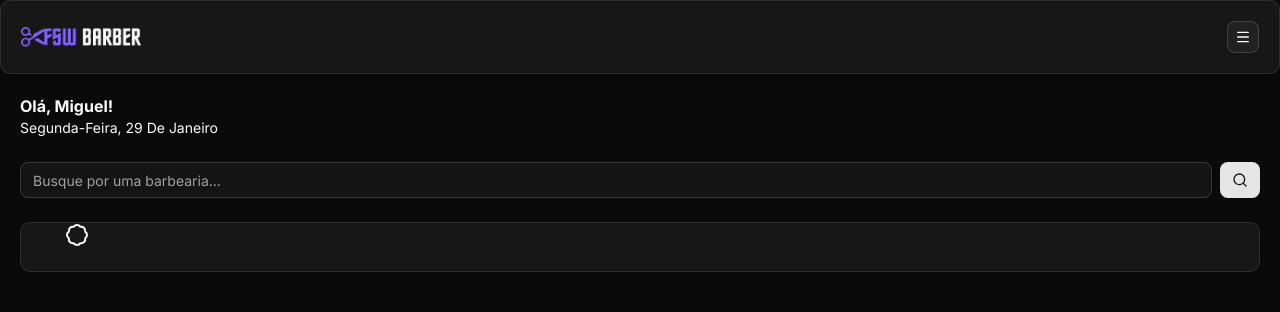
Repository: PaulinhoMachadooo/Barber
Page: /
An editor plug-in stored every save of this project. The page is shown before and after the next save, followed by the edit.
The browser window is 1280 px wide. The pictures show the whole page.
The project was rebuilt for these pictures with package versions that can differ from the ones it lists, and the page was loaded fresh each time. The framework's server and built-in components were replaced by stand-ins that run in the browser. Also part of the build but not shown: next.config.ts.

Above is the page before, as saved 2025-04-13 17:53:49.

After the next save:
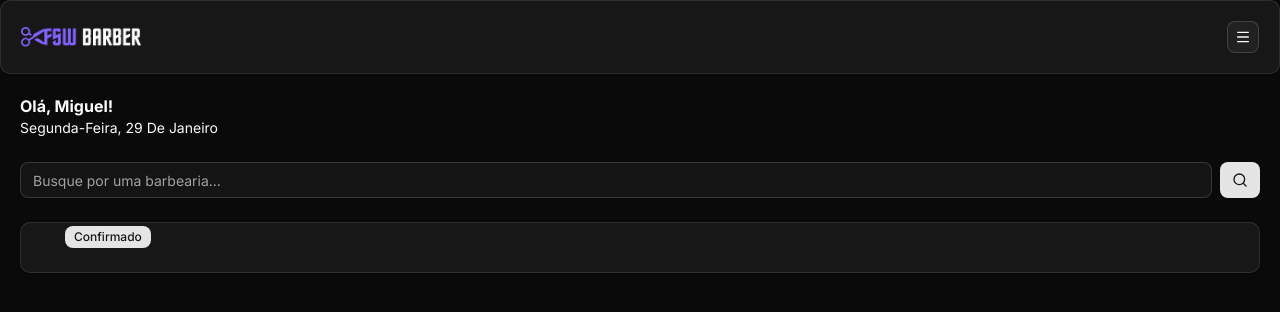
Saved 2 min 32 s later.
--- a/app/_components/booking-item.tsx
+++ b/app/_components/booking-item.tsx
@@ -1,4 +1,4 @@
-import { Badge } from "lucide-react";
+import { Badge } from "./ui/badge";
 import { Card, CardContent } from "./ui/card";
 
 
